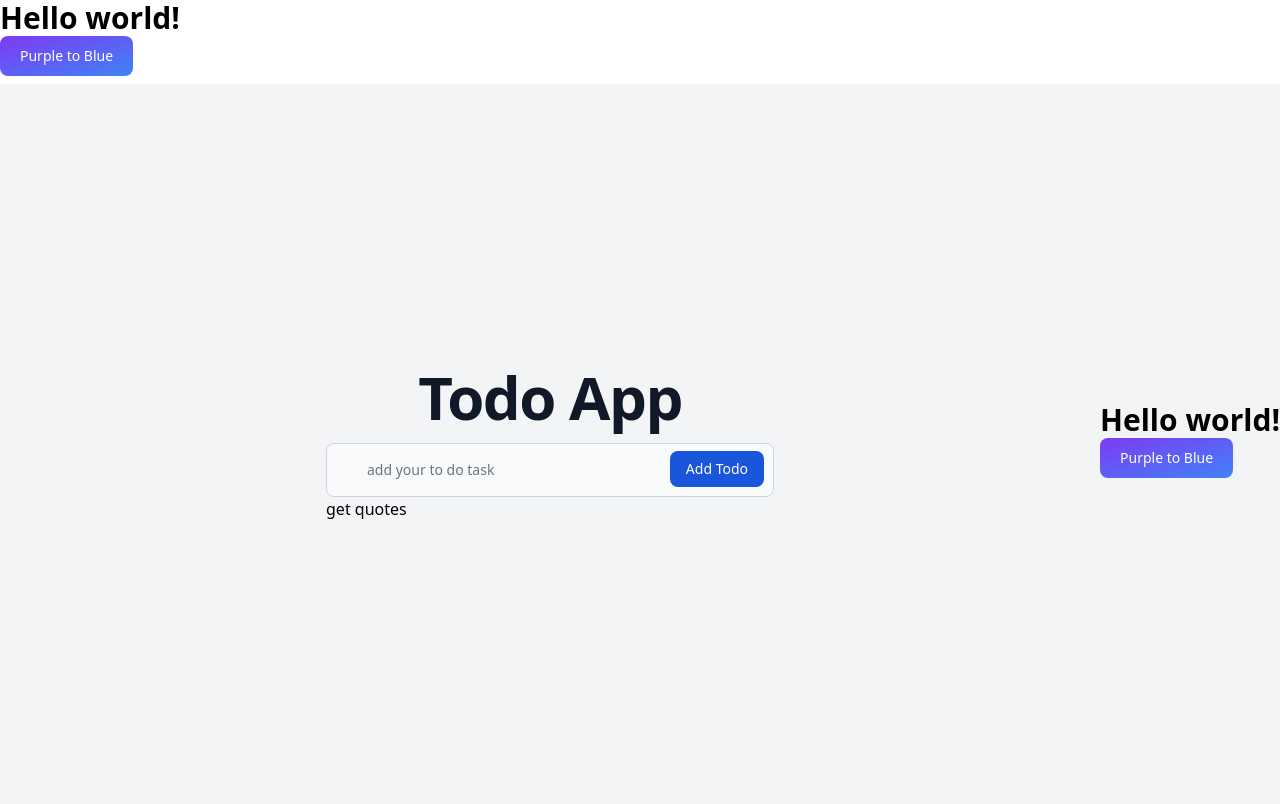
Repository: sodmaq/Todo-App
Page: /
The author's editor kept a copy of each file at every save. The page is drawn from the files as they stood at one save, then again after the next save.
The browser window is 1280 px wide. The pictures show the whole page.
The project was rebuilt for these pictures with package versions that can differ from the ones it lists, and the page was loaded fresh each time. Also part of the build but not shown: vite.config.js, src/components/TodoItem.jsx.

Above is the page before, as saved 2024-09-04 11:30:28.

After the next save:
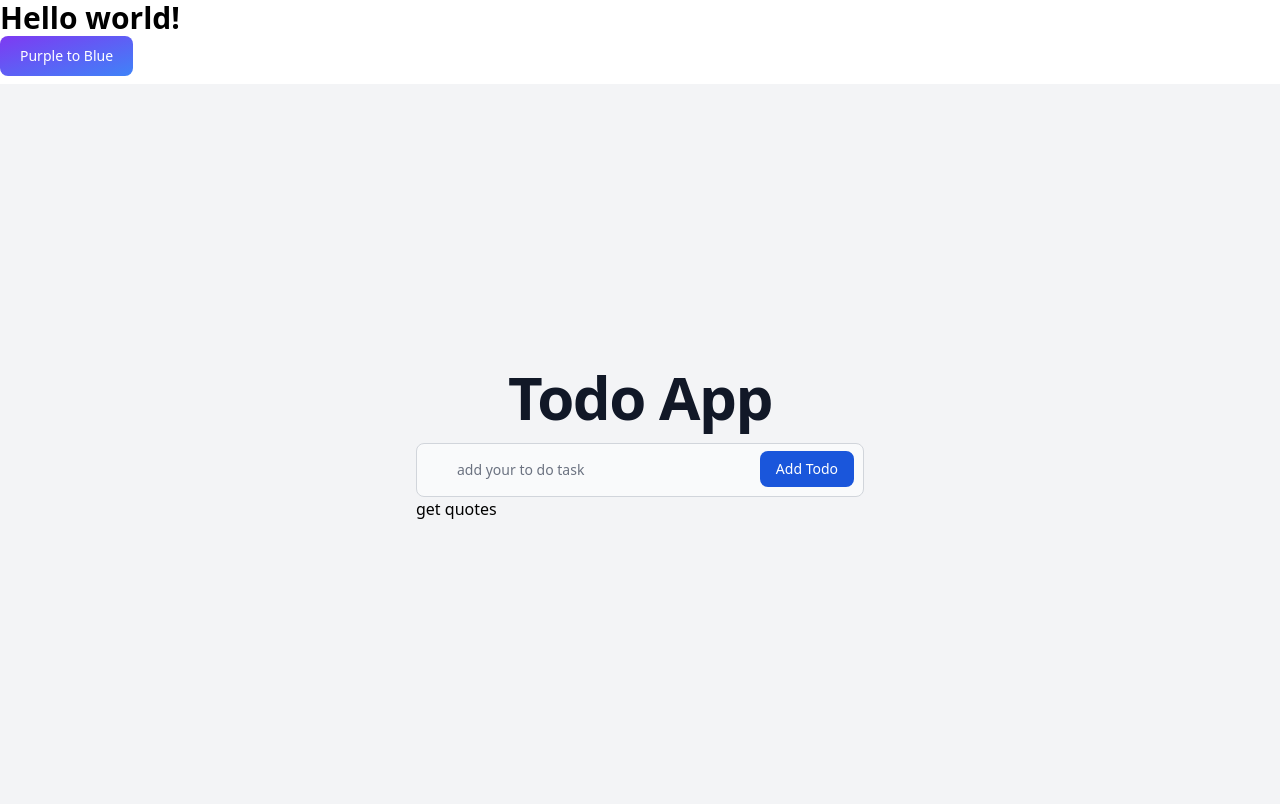
Saved 53 s later.
--- a/src/Todo.jsx
+++ b/src/Todo.jsx
@@ -44,8 +44,6 @@
           editTodo={editTodo}
         />
       </div>
-
-      <Quote />
     </main>
   );
 }
